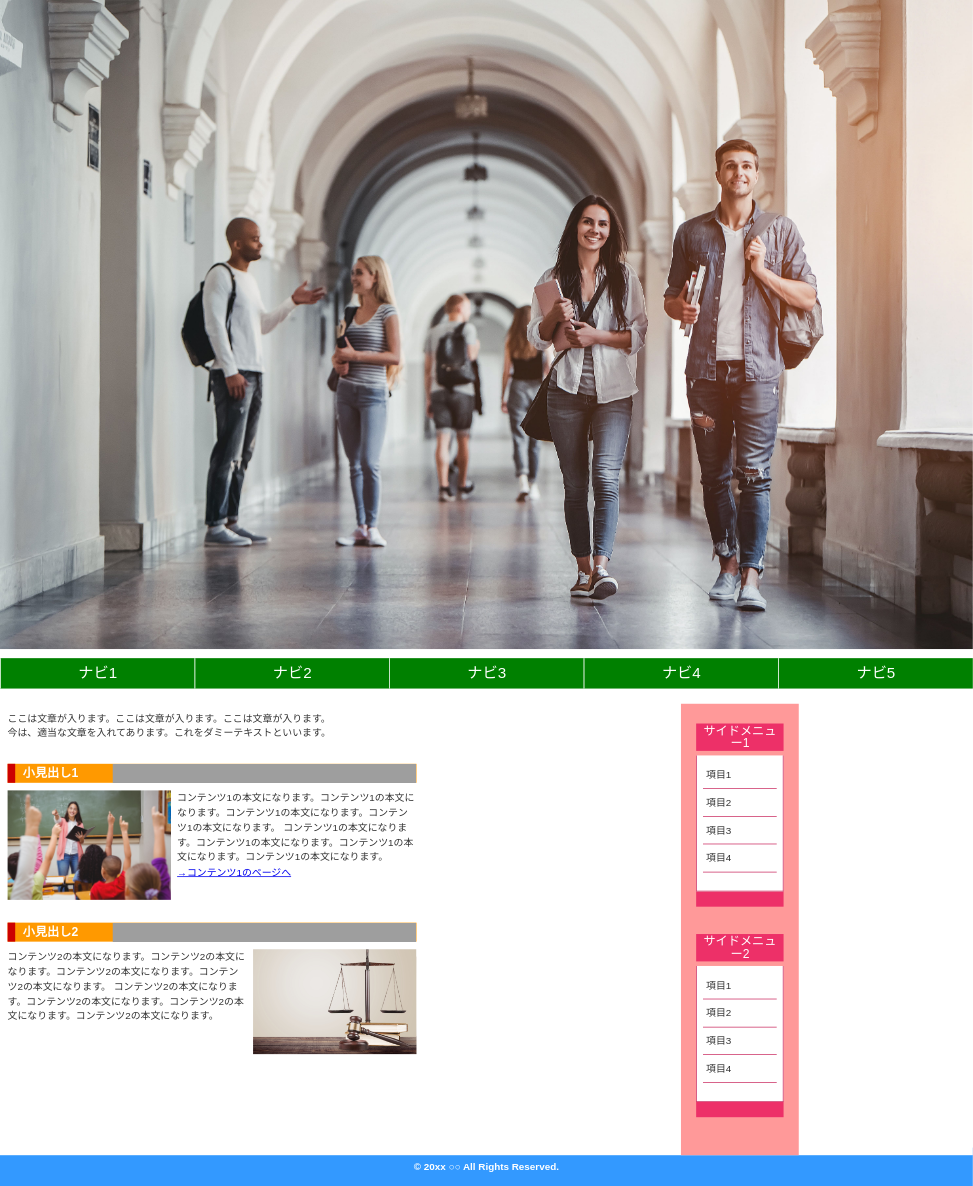
Repository: Hanechoco/samurai_HTML-CSS
Page: home.html
The author's editor kept a record of every edit. The page is drawn from the files as they stood at one moment, then again after the next edit.
The browser window is 1280 px wide. The pictures show the whole page, at 76% of full size.
Pictures or frames that could not be fetched are drawn as grey boxes.

Above is the page before.

### home.html
<!DOCTYPE html>
<html lang="ja">
    <head>
        <meta charset="UTF-8">
        <title>HTML/CSSの学習</title>
        <link rel="stylesheet" href="stylesheet.css">
    </head>
    <body>
        <div id="header">
            <h1><a href="index.html"><img id="corridor" src="images/corridor.jpg" alt="大学の廊下" /></a></h1>
        </div>
        <div id="wrapper">
            <div id="nav">
                <ul>
                    <li><a href="home.html">ナビ1</a></li>
                    <li><a href="#">ナビ2</a></li>
                    <li><a href="#">ナビ3</a></li>
                    <li><a href="#">ナビ4</a></li>
                    <li><a href="#">ナビ5</a></li>
                </ul>
            </div>
            <div id="container">
                <div id="main">
                    <div class="post">
                        <p>ここは文章が入ります。ここは文章が入ります。ここは文章が入ります。<br />今は、適当な文章を入れてあります。これをダミーテキストといいます。</p>
                    </div>
                    <div class="post clearfix">
                        <h2>小見出し1</h2>
                        <img class="left" src="images/classroom.jpg" alt="授業風景" />
                        <p>
                            コンテンツ1の本文になります。コンテンツ1の本文になります。コンテンツ1の本文になります。コンテンツ1の本文になります。
                            コンテンツ1の本文になります。コンテンツ1の本文になります。コンテンツ1の本文になります。コンテンツ1の本文になります。
                        </p>
                        <p><a href="#">→コンテンツ1のページへ</a></p>
                    </div>
                    <div class="post clearfix">
                        <h2>小見出し2</h2>
                        <img class="right" src="images/scale.jpg" alt="天秤" />
                        <p>
                            コンテンツ2の本文になります。コンテンツ2の本文になります。コンテンツ2の本文になります。コンテンツ2の本文になります。
                            コンテンツ2の本文になります。コンテンツ2の本文になります。コンテンツ2の本文になります。コンテンツ2の本文になります。
                        </p>
                    </div>
                </div>
                <div id="side">
                    <div class="box">
                        <h2>サイドメニュー1</h2>
                        <div class="boxBody">
                            <ul>
                                <li>項目1</li>
                                <li>項目2</li>
                                <li>項目3</li>
                                <li>項目4</li>
                            </ul>
                        </div>
                    </div>
                    <div class="box">
                        <h2>サイドメニュー2</h2>
                        <div class="boxBody">
                            <ul>
                                <li>項目1</li>
                                <li>項目2</li>
                                <li>項目3</li>
                                <li>項目4</li>
                            </ul>
                        </div>
                    </div>
                </div>
            </div>
        </div>
        <div id="footer">
            <p>&copy; 20xx ○○ All Rights Reserved.</p>
        </div>
    </body>
</html>

### stylesheet.css
@charset "utf-8";

body {
	margin: 0;
	padding: 0;
	font-family: "ヒラギノ角ゴ Pro W3", "Hiragino Kaku Gothic Pro", "メイリオ", Meiryo, Osaka, "ＭＳ Ｐゴシック", "MS PGothic", sans-serif;
	color: #333;
	font-size: 13px;
	line-height: 150%;
}

/* -------------------- wrapper -------------------- */
#wrapper {
	width: 100%;
	margin: auto;
	padding: 0px;
	border: 0px;
	background-color: #FFF;
	top: 10px;
	position: relative;
}

/* -------------------- header -------------------- */
#header {
	width: 100%;
}
#header h1 {
	margin: 0;
	padding: 0;
}

#corridor {
	width: 100%;
	height: auto;
}

/* -------------------- footer -------------------- */
#footer {
	clear: both;
	width: 100%;
	padding: 3px 0 3px 0;
	background: #39F;
	color: #FFF;
	font-weight: bold;
	text-align: center;
}

/* -------------------- nav -------------------- */
#nav {
	width: 100%;
}
#nav ul {
	display: flex;
	margin: 0;
	padding: 0;
	list-style-type: none;
}
#nav ul li {
	width: 20%;
	text-align: center;
}
#nav ul li a {
	display: block;
	height: 20px;
	margin: 0;
	padding: 10px;
	color: #FFF;
	font-size: 20px;
	text-decoration: none;
	background-color: green;
    border-left: 1px solid white;
}

 #nav ul li a:hover {
	 filter: drop-shadow(10px 10px 10px black);
 }

 /* -------------------- container -------------------- */
 #container {
	 width: 100%;
	 margin: auto ;
	 padding-top: 20px;
	 clear: both;
	 display: grid;
     grid-template-columns: 70vw 30vw;
 }
 /* -------------------- main -------------------- */
 #main {
	 float: left;
	 width: 60%;
	 padding: 10px 30px 10px 10px;
 }
 #main h2 {
	 margin: 0 0 10px 0;
	 padding: 3px 10px 3px 10px;
	 color: #FFF;
	 font-size: 16px;
	 border-left: solid 10px #C00;
	 background: #F90 url(../images/main_h2.jpg) right top repeat-y;
 }
 #main p {
	 margin: 0;
	 padding: 0;
 }
 #main .post {
	 margin: 0 0 30px 0;
 }

 #main .post img.right {
	 margin: 0 0 0 8px;
 }
 #main .post img.left {
	 margin: 0 8px 0 0;
 }

 .right {
	 float: right;
	 width: 40%;
	 height: auto;
 }
 .left {
	 float: left;
	 width: 40%;
	 height: auto;
 }

 /* -------------------- clearfix -------------------- */
 .clearfix {
	 zoom: 1;
 }
 .clearfix:after{
	 content: "";
	 display: block;
	 clear: both;
 }

 /* -------------------- side -------------------- */
 #side {
 	 float: right;
 	 width: 30%;
 	 padding: 20px;
 	 background-color: #F99;
 }
 #side .box {
 	 margin: 0 auto 30px auto;
 	 padding: 0 0 20px 0;
 	 background: url(images/side_box.png) bottom no-repeat;
 }
 #side .box h2 {
 	 margin: 0;
 	 padding: 8px;
 	 text-align: center;
 	 color: #fff;
 	 font-size: 16px;
 	 line-height: 16px;
 	 font-weight: normal;
 	 background: url(images/side_box_h2.png) center no-repeat;
 }
 #side .box .boxBody {
 	 padding: 8px;
 	 border-right: solid 1px #C36;
 	 border-bottom: solid 1px #C36;
 	 border-left: solid 1px #C36;
 	 background: #fff;
 }
 #side .box .boxBody ul {
 	 margin: 0 0 16px 0;
 	 padding: 0;
 }
 #side .box .boxBody ul li {
 	 padding: 8px 0 8px 4px;
 	 list-style: none;
 	 border-bottom: solid 1px #C36;
 }
 #side .box .boxBody ul li:hover {
	 padding: 8px 0 8px 4px;
	 list-style: none;
	 border-bottom: solid 1px #C36;
	 box-shadow: 0px 4px 4px rgba(0, 0, 0, 0.3);
 }

After the next edit:
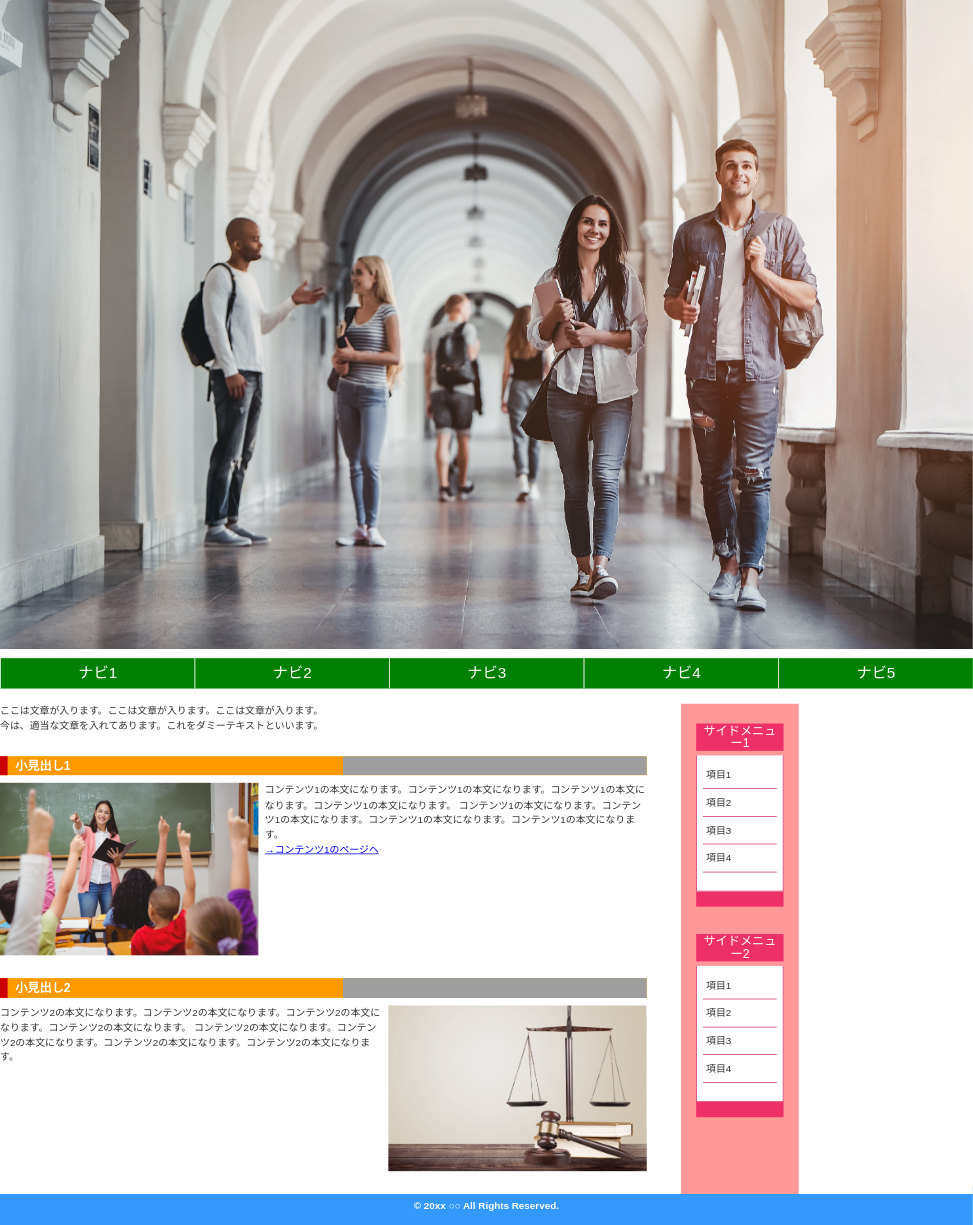
The edit:
--- a/stylesheet.css
+++ b/stylesheet.css
@@ -87,8 +87,7 @@
  /* -------------------- main -------------------- */
  #main {
 	 float: left;
-	 width: 60%;
-	 padding: 10px 30px 10px 10px;
+     width: 95%;
  }
  #main h2 {
 	 margin: 0 0 10px 0;
